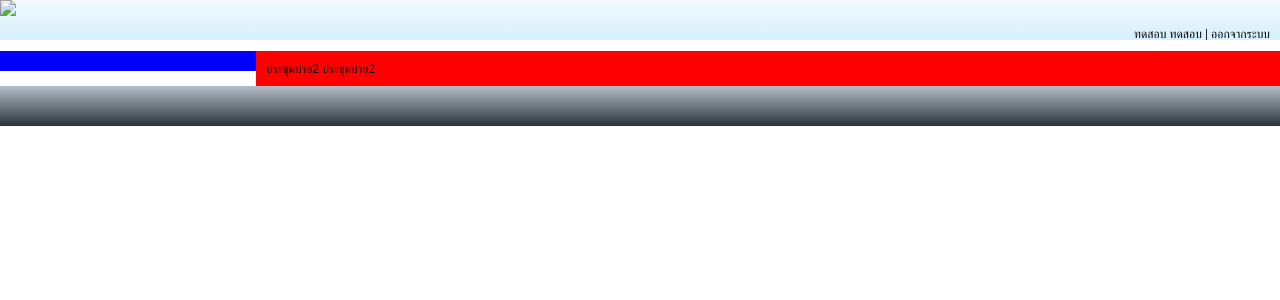
Repository: pleanoma/TooDoo
Page: http://localhost/TooDoo/Home.jsp
The author's editor kept a copy of each file at every save. The page is drawn from the files as they stood at one save, then again after the next save.
The browser window is 1280 px wide. The pictures show the whole page.
The page is served by Tomcat 9.

Above is the page before, as saved 2013-11-27 08:30:34.
Not found: TooDoo/TooDoo/WebContent/images/logo.png

After the next save:
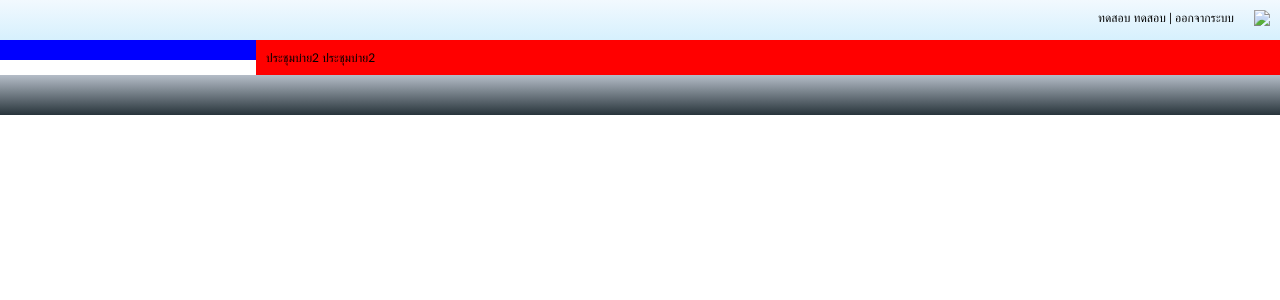
Saved 24 s later.
--- a/TooDoo/WebContent/css/style.css
+++ b/TooDoo/WebContent/css/style.css
@@ -23,7 +23,11 @@ html, body {
 	background: linear-gradient(to bottom, #f2f9fe 0%,#d6f0fd 100%); /* W3C */
 	filter: progid:DXImageTransform.Microsoft.gradient( startColorstr='#f2f9fe', endColorstr='#d6f0fd',GradientType=0 ); /* IE6-9 */
 }
-
+#header .logo {
+	float: right;
+	padding: 10px;
+	font-size: 12px;
+}
 #header .userdetail {
 	float: right;
 	padding: 10px;
